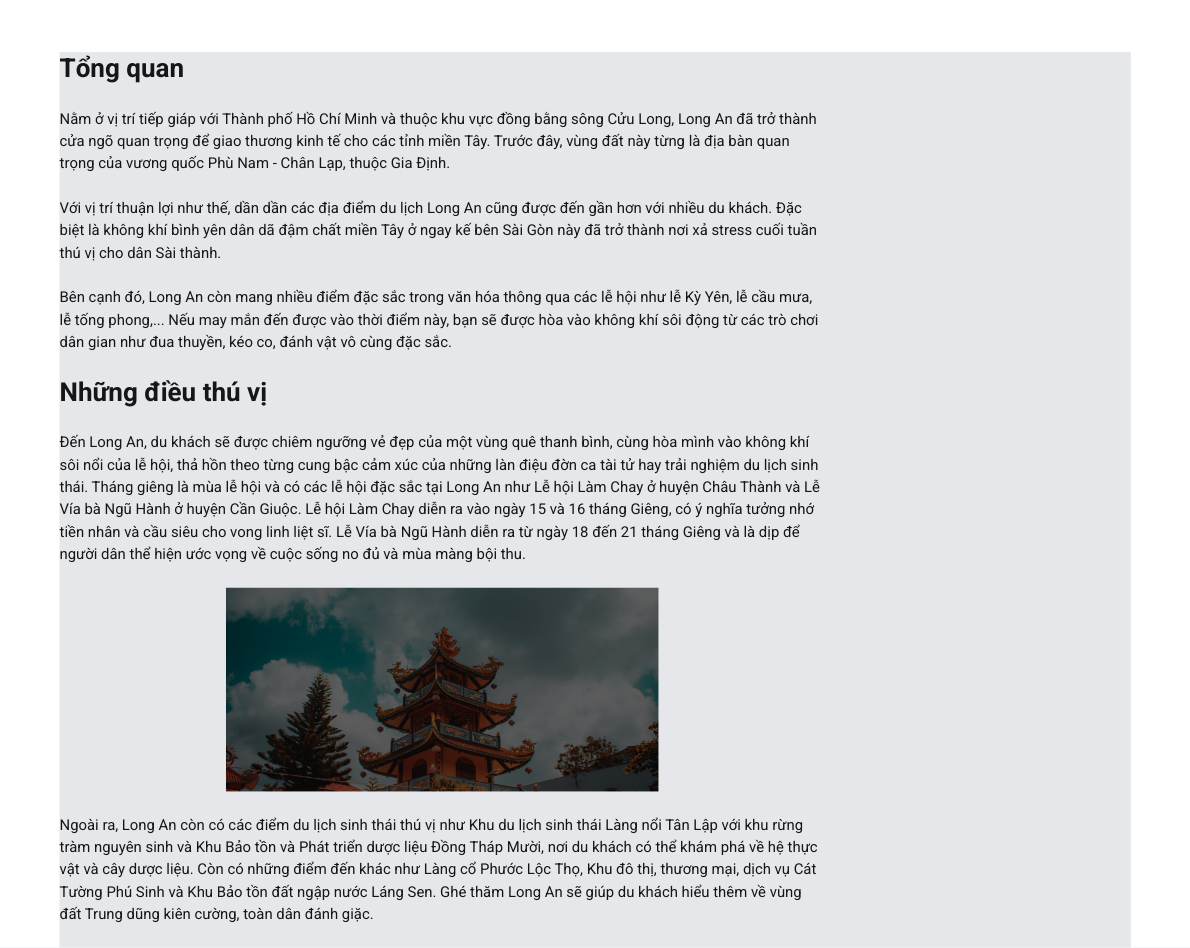
Repository: thduy2003/WDA-ET
Page: / (app in frontend/)
The author's editor kept a copy of each file at every save. The page is drawn from the files as they stood at one save, then again after a run of saves.
The browser window is 1280 px wide. The pictures show the whole page, at 93% of full size.
The project was rebuilt for these pictures with package versions that can differ from the ones it lists, and the page was loaded fresh each time. Also part of the build but not shown: frontend/vite.config.js, frontend/src/components/Icons/SaveIcon.jsx, frontend/src/components/Card/index.jsx, frontend/src/components/Carousel/index.jsx, frontend/src/components/Logo/index.jsx, frontend/src/components/Button/index.jsx, frontend/src/pages/Auth/index.jsx, frontend/src/components/InputGroup/index.jsx and 1 more.

Above is the page before, as saved 2023-05-23 11:13:55.

After the next 2 saves:
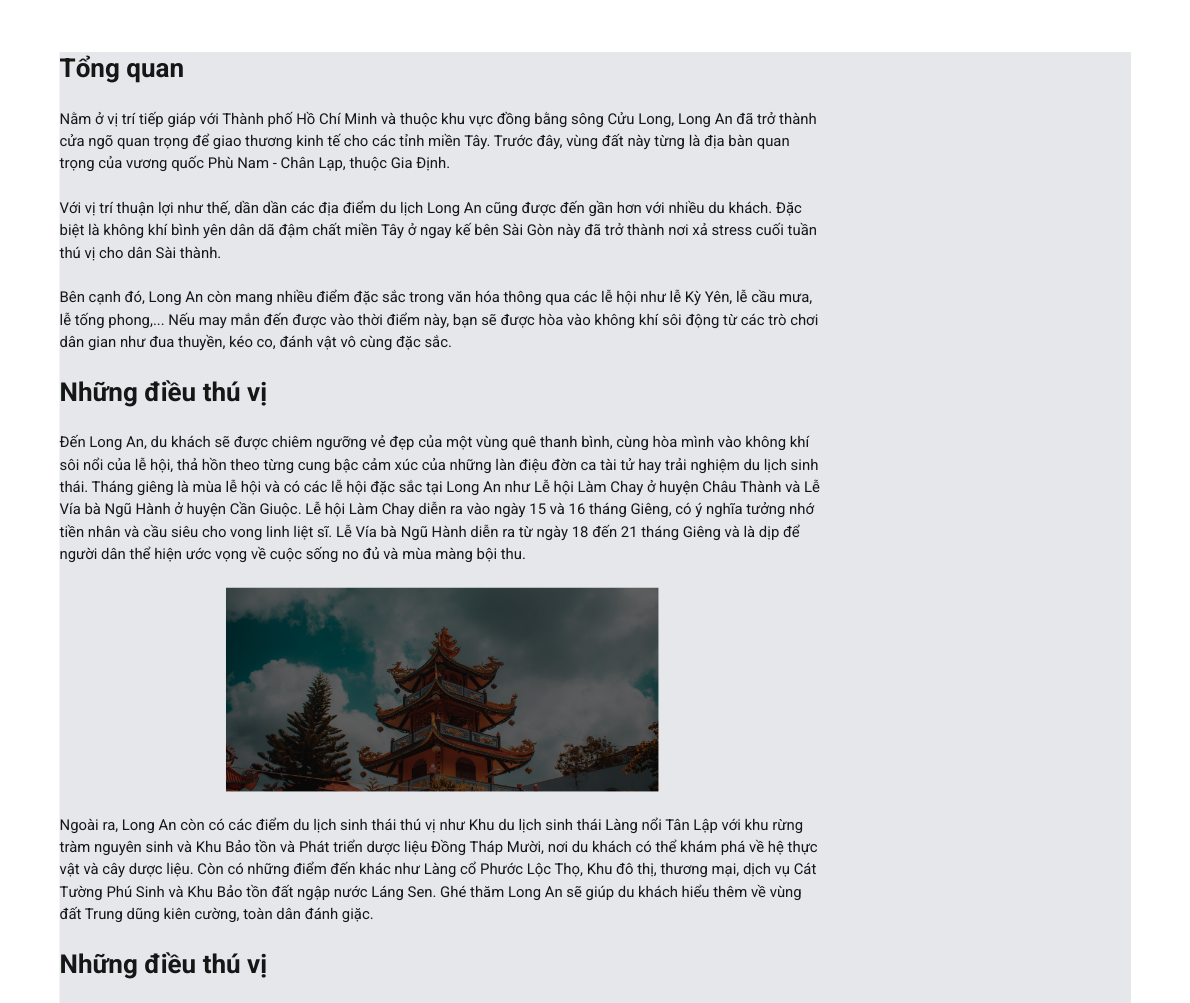
The 2 saves are shown as one change because they came seconds apart.
The last was saved 9 s later.
--- a/frontend/src/pages/Detail/index.jsx
+++ b/frontend/src/pages/Detail/index.jsx
@@ -51,6 +51,7 @@ const Detail = ({position = "Long An"}) => {
                         </div>
                     </div>
                     <div>
+                        <div className="text-[28px] leading-[36px] text-[#141716] font-semibold mb-6">  Những điều thú vị </div>
                         <Comment pos = {position}>
                         </Comment>
                     </div>
